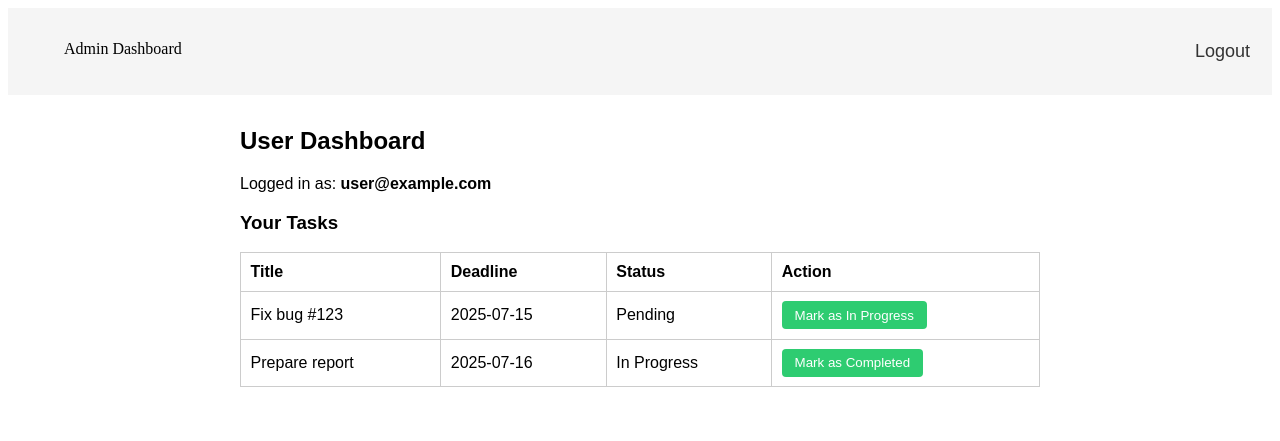
Repository: Edmund-Kiama/todoPHP
Page: /user (app in task-manager-frontend/)
An editor plug-in stored every save of this project. The page is shown before and after the next save, followed by the edit.
The browser window is 1280 px wide. The pictures show the whole page.
The project was rebuilt for these pictures with package versions that can differ from the ones it lists, and the page was loaded fresh each time. Also part of the build but not shown: task-manager-frontend/vite.config.js, task-manager-frontend/src/components/Login/login.css, task-manager-frontend/src/components/Login/Login.vue, task-manager-frontend/src/components/Admin/admin.css, task-manager-frontend/src/components/Admin/AdminDashboard.vue.

Above is the page before, as saved 2025-07-12 21:11:08.

### task-manager-frontend/src/App.vue
<script setup>
  import Navbar from './components/Navbar/Navbar.vue';
  import { store } from './store';
</script>

<template>
  <Navbar />
  <router-view />
</template>

### task-manager-frontend/src/router/index.js
import { createRouter, createWebHistory } from 'vue-router';
import Login from '../components/Login/Login.vue';
import AdminDashboard from '../components/Admin/AdminDashboard.vue';
import UserDashboard from '../components/User/UserDashboard.vue';

const routes = [
  { path: '/', name: 'Login', component: Login },
  { path: '/admin', name: 'AdminDashboard', component: AdminDashboard },
  { path: '/user', name: 'UserDashboard', component: UserDashboard }
];

const router = createRouter({
  history: createWebHistory(),
  routes
});

export default router;

### task-manager-frontend/src/components/Navbar/Navbar.vue

<template>
  <nav v-if="store.user.loggedIn" class="navbar">
    <ul>
      <li v-if="user.role === 'admin'">Admin Dashboard</li>
      <li v-if="user.role === 'user'"><h1>User Dashboard</h1></li>
      <li><button @click="logout">Logout</button></li>
    </ul>
  </nav>
</template>

<script setup>
  import "./nav.css"
  import { store } from '../../store'
  import { useRouter } from 'vue-router'

  const router = useRouter()

  const user = store.user
  if (!user.loggedIn) router.push('/')

  function logout() {
    store.user.role = null
    store.user.loggedIn = false
    localStorage.removeItem('token')
    router.push('/')
  }
</script>

### task-manager-frontend/src/store.js
import { reactive } from 'vue'

export const store = reactive({
  user: {
    role: "admin",
    loggedIn: true,
    username: null
  },
})

### task-manager-frontend/src/components/User/UserDashboard.vue
<!-- src/views/UserDashboard.vue -->
<template>
    <div class="user-dashboard">
      <h2>User Dashboard</h2>
      <p>Logged in as: <strong>{{ currentUser }}</strong></p>

      <section>
        <h3>Your Tasks</h3>
        <table v-if="userTasks.length">
          <thead>
            <tr>
              <th>Title</th><th>Deadline</th><th>Status</th><th>Action</th>
            </tr>
          </thead>
          <tbody>
            <tr v-for="(task, index) in userTasks" :key="index">
              <td>{{ task.title }}</td>
              <td>{{ task.deadline }}</td>
              <td>{{ task.status }}</td>
              <td>
                <button
                  v-if="task.status !== 'Completed'"
                  @click="advanceStatus(index)"
                >
                  Mark as {{ nextStatus(task.status) }}
                </button>
              </td>
            </tr>
          </tbody>
        </table>

        <p v-else>No tasks assigned to you.</p>
      </section>
    </div>
  </template>

  <script setup>
  import './user.css'
  import { ref, computed } from 'vue';

  // Mocked logged-in user
  const currentUser = 'user@example.com';

  // Mocked task list — in a real app, fetch from backend
  const allTasks = ref([
    { title: 'Fix bug #123', user: 'user@example.com', deadline: '2025-07-15', status: 'Pending' },
    { title: 'Prepare report', user: 'user@example.com', deadline: '2025-07-16', status: 'In Progress' },
    { title: 'Update Docs', user: 'bob@example.com', deadline: '2025-07-17', status: 'Pending' }
  ]);

  const userTasks = computed(() =>
    allTasks.value.filter(task => task.user === currentUser)
  );

  function nextStatus(status) {
    if (status === 'Pending') return 'In Progress';
    if (status === 'In Progress') return 'Completed';
    return '';
  }

  function advanceStatus(index) {
    const task = userTasks.value[index];
    if (task.status === 'Pending') {
      task.status = 'In Progress';
    } else if (task.status === 'In Progress') {
      task.status = 'Completed';
    }
  }
</script>

### task-manager-frontend/src/components/Navbar/nav.css
.navbar {
    background: #f5f5f5;
    padding: 1rem;
}
.navbar ul {
    display: flex;
    justify-content: space-between;
    gap: 1rem;
    list-style: none;
}
.navbar a, .navbar button {
    text-decoration: none;
    background: none;
    border: none;
    color: #333;
    font-size: large;
    cursor: pointer;
}

### task-manager-frontend/src/components/User/user.css
.user-dashboard {
    max-width: 800px;
    margin: 2rem auto;
    font-family: Arial, sans-serif;
}

.user-dashboard table {
    width: 100%;
    border-collapse: collapse;
    margin-top: 1rem;
}

.user-dashboard th, td {
    padding: 0.6rem;
    border: 1px solid #ccc;
    text-align: left;
}

.user-dashboard button {
    padding: 0.4rem 0.8rem;
    background: #2ecc71;
    color: white;
    border: none;
    border-radius: 4px;
    cursor: pointer;
}

.user-dashboard button:hover {
    background: #27ae60;
}

Loaded but not shown: task-manager-frontend/index.html (common file); task-manager-frontend/src/main.js (common file)

After the next save:
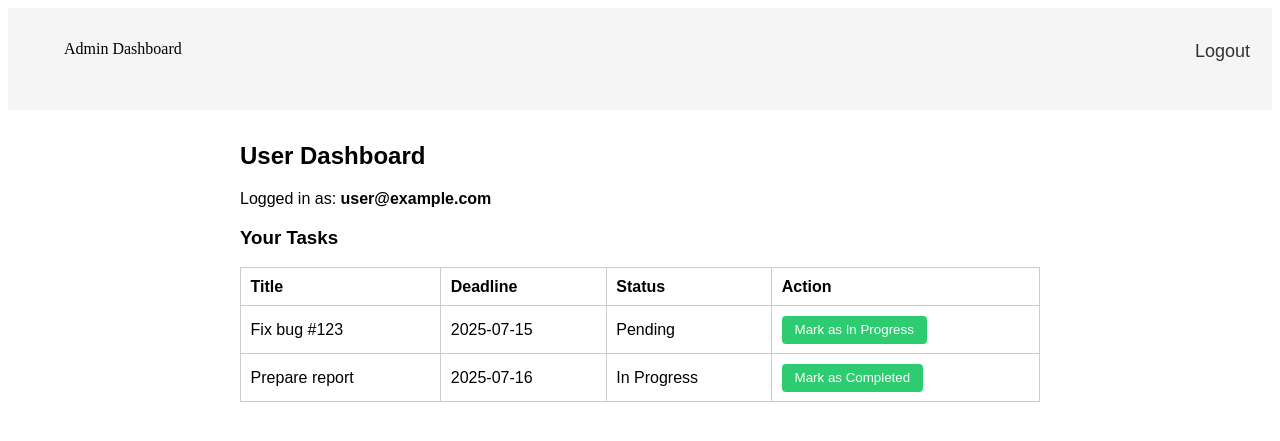
Saved 5 s later.
--- a/task-manager-frontend/src/components/Navbar/Navbar.vue
+++ b/task-manager-frontend/src/components/Navbar/Navbar.vue
@@ -2,7 +2,7 @@
 <template>
   <nav v-if="store.user.loggedIn" class="navbar">
     <ul>
-      <li v-if="user.role === 'admin'">Admin Dashboard</li>
+      <li v-if="user.role === 'admin'">Admin Dashboard<h1></h1></li>
       <li v-if="user.role === 'user'"><h1>User Dashboard</h1></li>
       <li><button @click="logout">Logout</button></li>
     </ul>
